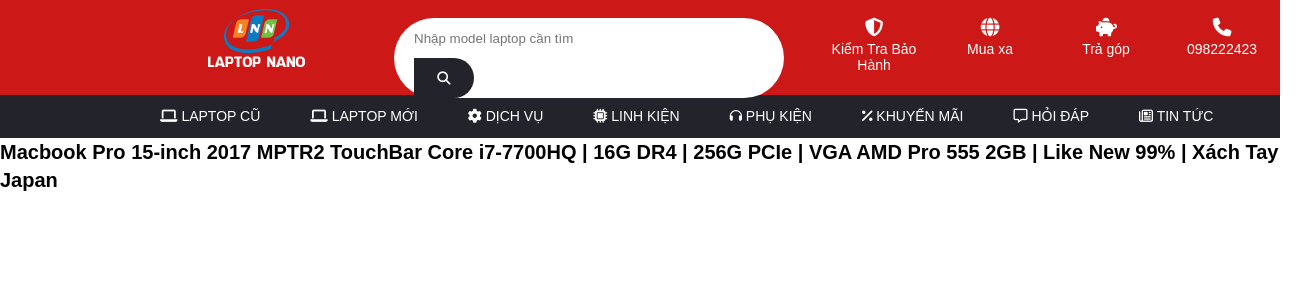
Repository: 21012324ThuanDM/WebLaptop
Page: Baicuoiky/Laptop.html
The author's editor kept a copy of each file at every save. The page is drawn from the files as they stood at one save, then again after the next save.
The browser window is 1280 px wide. The page is 1312 px wide, so the pictures cover 1312 px, including what lies to the right of the window. The pictures show the whole page.

Above is the page before, as saved 2023-10-16 21:55:56.

### Baicuoiky/Laptop.html
<!DOCTYPE html>
<html lang="en">
<head>
    <meta charset="UTF-8">
    <meta name="viewport" content="width=device-width, initial-scale=1.0">
    <title>Document</title>
    <link rel="stylesheet" href="Laptop.css">
</head>
<body>
    <!DOCTYPE html>
<html lang="en">

<head>
    <meta charset="UTF-8">
    <meta name="viewport" content="width=device-width, initial-scale=1.0">
    <title>Laptopnano</title>
    <link rel="stylesheet" href="https://cdnjs.cloudflare.com/ajax/libs/font-awesome/6.4.2/css/all.min.css" integrity="sha512-z3gLpd7yknf1YoNbCzqRKc4qyor8gaKU1qmn+CShxbuBusANI9QpRohGBreCFkKxLhei6S9CQXFEbbKuqLg0DA==" crossorigin="anonymous" referrerpolicy="no-referrer"
    />
    <link rel="stylesheet" href="laptopnano.css">
    <link rel="stylesheet" href="./themify-icons/themify-icons.css">
    <link rel="stylesheet" href="./fontawesome-free-5.12.1-web/css/all.min.css">
</head>

<body>
    <div id="header">
        <div class="header_wrap">
            <div class="logo_timkiem">
                <div class="logo">
                    <a href="https://laptopnano.com/"><img src="logo-pc-3_1589368333.png" alt=""></a>
                </div>
                <div class="timkiem">
                    <form action="" class="search-box">
                        <input class=input type="type" class="search-text" placeholder="Nhập model laptop cần tìm">
                        <button class="search-btn" aria-label="tìm kiếm">
                            <i class="fa-solid fa-magnifying-glass"></i>
                        </button>
                    </form>

                </div>
            </div>
            <div class="mainmenu">
                <ul>
                    <li>
                        <a href="">
                            <i class="fa-solid fa-shield-halved fa-lg"></i><br>
                            Kiểm Tra Bảo Hành
                        </a>
                    </li>
                    <li>
                        <a href="">
                            <i class="fa-solid fa-globe fa-lg"></i> <br>
                            Mua xa
                        </a>
                    </li>
                    <li>
                        <a href="">
                            <i class="fa-solid fa-piggy-bank fa-flip-horizontal fa-lg"></i> <br>
                            Trả góp
                        </a>
                    </li>
                    <li>
                        <a href="">
                            <i class="fa-solid fa-phone fa-lg"></i> <br>
                            098222423
                        </a>
                    </li>
                </ul>
            </div>
        </div>
        <div class="navi">
            <ul>
                <li>
                    <a href="">
                        <i class="fa-solid fa-laptop fa-2sm"></i> Laptop cũ
                    </a>

                </li>

                <li>
                    <a href="">
                        <i class="fa-solid fa-laptop fa-2sm"></i> Laptop mới
                    </a>

                </li>
                <li>
                    <a href="">
                        <i class="fa-solid fa-gear"></i> Dịch vụ
                    </a>

                </li>
                <li>
                    <a href="">
                        <i class="fa-solid fa-microchip"></i> Linh kiện
                    </a>
                </li>

                <li>
                    <a href="">
                        <i class="fa-solid fa-headphones fa-sm"></i> Phụ kiện
                    </a>
                </li>
                <li>
                    <a href="">
                        <i class="fa-solid fa-percent fa-2sm"></i> Khuyến mãi
                    </a>
                </li>

                <li>
                    <a href="">
                        <i class="fa-regular fa-message fa-2sm"></i> Hỏi đáp
                    </a>
                </li>
                <li>
                    <a href="">
                        <i class="fa-regular fa-newspaper fa-2sm"></i> Tin Tức
                    </a>
                </li>
                <li>
                    <a href="">
                        <i class="fa-solid fa-phone fa-2sm"></i> Liên hệ
                    </a>
                </li>
            </ul>
        </div>
    </div>
    <div class="thongtinlaptop">
        <div class="divtieude">
		    <h1 class="tieude">Macbook Pro 15-inch 2017 MPTR2 TouchBar Core i7-7700HQ | 16G DR4 | 256G PCIe | VGA AMD Pro 555 2GB | Like New 99% | Xách Tay Japan </h1>
	    </div>
    </div>
        <!-- ####### -->

    <div id="footer">


    </div>
</body>

</html>
</body>
</html>

### Baicuoiky/Laptop.css
* {
    padding: 0;
    margin: 0;
    box-sizing: border-box;
}

html {
    font-size: 18px;
    font-family: Arial, Helvetica, sans-serif;
}

#header .header_wrap {
    background-color: #cd1818;
    height: 95px;
    padding: 0px 0px 0px 154px;
    display: flex;
}

#header .logo_timkiem {
    display: flex;
}

.logo_timkiem .logo {
    margin-top: 8px;
    display: block;
    float: left;
}

.header_wrap ul {
    color: #FFF;
    list-style-type: none;
    width: 100%;
    display: flex;
    margin: 20px 0px -19px 32px;
    font-size: 14px;
}

.header_wrap .mainmenu ul li{
    width: 116px;
    height: 95px;
    text-align: center;
}

.header_wrap .mainmenu i{
    padding-bottom: 7px;
}

.header_wrap ul li a {
    color: #FFF;
    text-decoration: none;
}

.search-box {
    margin-left: 40px;
    margin-top: 18px;
    padding-left: 20px;
    background-color: #FFF;
    border-radius: 40px;
}

.search-box input {
    outline: none;
    background: none;
    width: 340px;
    height: 40px;
    border: none;
}

.search-box .search-btn {
    width: 60px;
    height: 40px;
    background-color: #23232B;
    color: #FFF;
    border: none;
    border-radius: 0 40px 40px 0;
}

#header .navi {
    height: 43px;
    background-color: #23232B;
    padding-left: 126px;
}



.navi li {
    display: inline-block;
    text-decoration: none;
    text-transform: uppercase;
    line-height: 43px;
    font-size: 14px;

}

.navi li a {
    text-decoration: none;
    color: #FFF;
    padding: 0px 11px 0px 34px;
}

#content .container_slideshow{
    width: 1500px;
    height: 398px;
    padding: 15px 0px 0px 145px;
    display: flex;
}


.container_slideshow .thumb{
    width: 780px;
    height: 61px;
    margin-top: -5px;
}

.container_slideshow .thumb ul{
    border-left: 1px solid #E7E7E7;
    border-bottom: 1px solid #E7E7E7;
    border-right: 1px solid #E7E7E7;
    text-align: center;
}

.container_slideshow .thumb li{
    display: inline-block;
    text-decoration: none;
    /* border-left: 1px solid #E7E7E7; */
    width: 150px;
    height: 61px;

}

.container_slideshow .thumb li a{
    text-decoration: none;
    font-size: 13px;
    color: #000;

}

.container_slideshow .countdown {
    margin-left: 15px;
}

.countdown .bot1 a img{
    width: 370px;
}

.countdown .newtop{

}

.newtop .news_cat{
    width: 370px;
    height: 38px;
    background-color: #ebebeb;
    padding: 10px;
    font-size: 14px;
}

.newtop .news_cat p{
    display: inline;
    margin-top: 10px;
}

.newtop .news_list1, .newtop .news_list2{
    width: 370px;
    font-size: 14px;
    float: left;
    padding-top: 10px;
    display: flex;
    margin-left: -3px;
}

.newtop .news_list a{
    text-decoration: none;
    margin-left: 15px;
}

.newtop .news_list img{
    width: 83px;
}

#content .container{
    margin-top: 25px;
    margin-left: 144px;
}

/********************/
.tieude {
    color: #000000;
    font-size: 20px;
    line-height: 28px;
    margin-bottom: 8px;
    display: inline;
}

### Baicuoiky/laptopnano.css
* {
    padding: 0;
    margin: 0;
    box-sizing: border-box;
}

html {
    font-size: 18px;
    font-family: Arial, Helvetica, sans-serif;
}

#header .header_wrap {
    background-color: #cd1818;
    height: 95px;
    padding: 0px 0px 0px 154px;
    display: flex;
}

#header .logo_timkiem {
    display: flex;
}

.logo_timkiem .logo {
    margin-top: 8px;
    display: block;
    float: left;
}

.header_wrap ul {
    color: #FFF;
    list-style-type: none;
    width: 100%;
    display: flex;
    margin: 20px 0px -19px 32px;
    font-size: 14px;
}

.header_wrap .mainmenu ul li{
    width: 116px;
    height: 95px;
    text-align: center;
}

.header_wrap .mainmenu i{
    padding-bottom: 7px;
}

.header_wrap ul li a {
    color: #FFF;
    text-decoration: none;
}

.search-box {
    margin-left: 40px;
    margin-top: 18px;
    padding-left: 20px;
    background-color: #FFF;
    border-radius: 40px;
}

.search-box input {
    outline: none;
    background: none;
    width: 340px;
    height: 40px;
    border: none;
}

.search-box .search-btn {
    width: 60px;
    height: 40px;
    background-color: #23232B;
    color: #FFF;
    border: none;
    border-radius: 0 40px 40px 0;
}

#header .navi {
    height: 43px;
    background-color: #23232B;
    padding-left: 126px;
}



.navi li {
    display: inline-block;
    text-decoration: none;
    text-transform: uppercase;
    line-height: 43px;
    font-size: 14px;

}

.navi li a {
    text-decoration: none;
    color: #FFF;
    padding: 0px 11px 0px 34px;
}

#content .container_slideshow{
    width: 1500px;
    height: 398px;
    padding: 15px 0px 0px 145px;
    display: flex;
}


.container_slideshow .thumb{
    width: 780px;
    height: 61px;
    margin-top: -5px;
}

.container_slideshow .thumb ul{
    border-left: 1px solid #E7E7E7;
    border-bottom: 1px solid #E7E7E7;
    border-right: 1px solid #E7E7E7;
    text-align: center;
}

.container_slideshow .thumb li{
    display: inline-block;
    text-decoration: none;
    /* border-left: 1px solid #E7E7E7; */
    width: 150px;
    height: 61px;

}

.container_slideshow .thumb li a{
    text-decoration: none;
    font-size: 13px;
    color: #000;

}

.container_slideshow .countdown {
    margin-left: 15px;
}

.countdown .bot1 a img{
    width: 370px;
}

.countdown .newtop{

}

.newtop .news_cat{
    width: 370px;
    height: 38px;
    background-color: #ebebeb;
    padding: 10px;
    font-size: 14px;
}

.newtop .news_cat p{
    display: inline;
    margin-top: 10px;
}

.newtop .news_list1, .newtop .news_list2{
    width: 370px;
    font-size: 14px;
    float: left;
    padding-top: 10px;
    display: flex;
    margin-left: -3px;
}

.newtop .news_list a{
    text-decoration: none;
    margin-left: 15px;
}

.newtop .news_list img{
    width: 83px;
}

#content .container{
    margin-top: 25px;
    margin-left: 144px;
}

/* ##### */


ul.maclist li.item_tabs {
    display: inline;
    margin-right: 10px;
}

ul.maclist li.item_tabs a {
    text-decoration: none;
    color: black;
}
.tensp {
    text-decoration: none;
    color: black;
}
.custom-div {
    width: 80%;
    margin: 0 auto;
    background-color: rgb(255, 250, 250);
    padding: 20px;
    margin-bottom: 30px;
}


.title {
    display: flex;
    line-height: 50px;
    border-bottom: 2px solid red;
    margin-bottom: 20px;
    justify-content: space-between;
}


.title-main {
    margin: 0;

}

.titles .nav-tabs li {
    margin-left: 16px;
    cursor: pointer;
}
.nav-tabs {
    float: right;
    display: flex;
    line-height: 52px;
}

.inside{
    display: inline-block;
}

.flex-container {
    display: inline-flex;
    justify-content: space-between;
}
.flex-item {
    height: auto;
    width: 280px;
}

.giatien {
    color: red;
}

Loaded but not shown: Baicuoiky/themify-icons/themify-icons.css (common file); Baicuoiky/fontawesome-free-5.12.1-web/css/all.min.css (library)

After the next save:
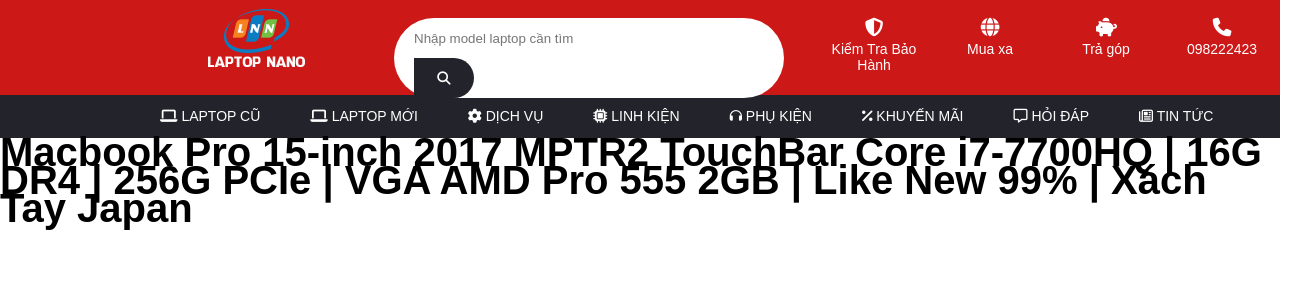
Saved 5 s later.
--- a/Baicuoiky/Laptop.css
+++ b/Baicuoiky/Laptop.css
@@ -184,7 +184,7 @@
 }
 
 /********************/
-.tieude {
+.divtieude {
     color: #000000;
     font-size: 20px;
     line-height: 28px;

After the save that followed:
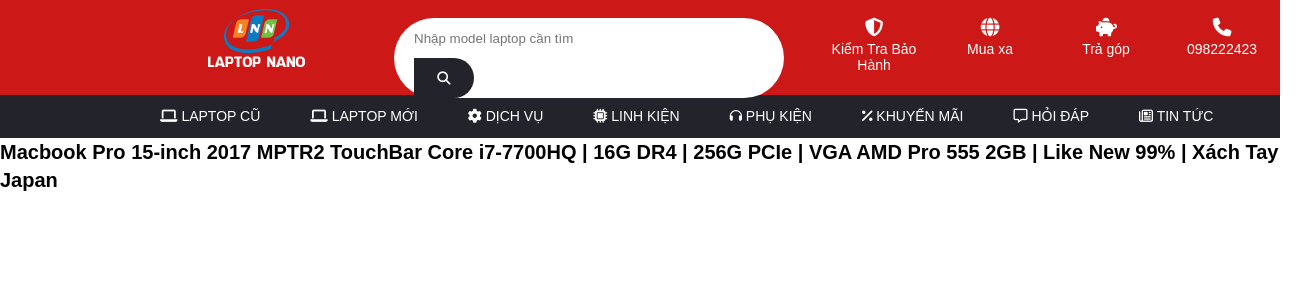
Saved 7 s later.
--- a/Baicuoiky/Laptop.css
+++ b/Baicuoiky/Laptop.css
@@ -184,7 +184,7 @@
 }
 
 /********************/
-.divtieude {
+.tieude {
     color: #000000;
     font-size: 20px;
     line-height: 28px;
